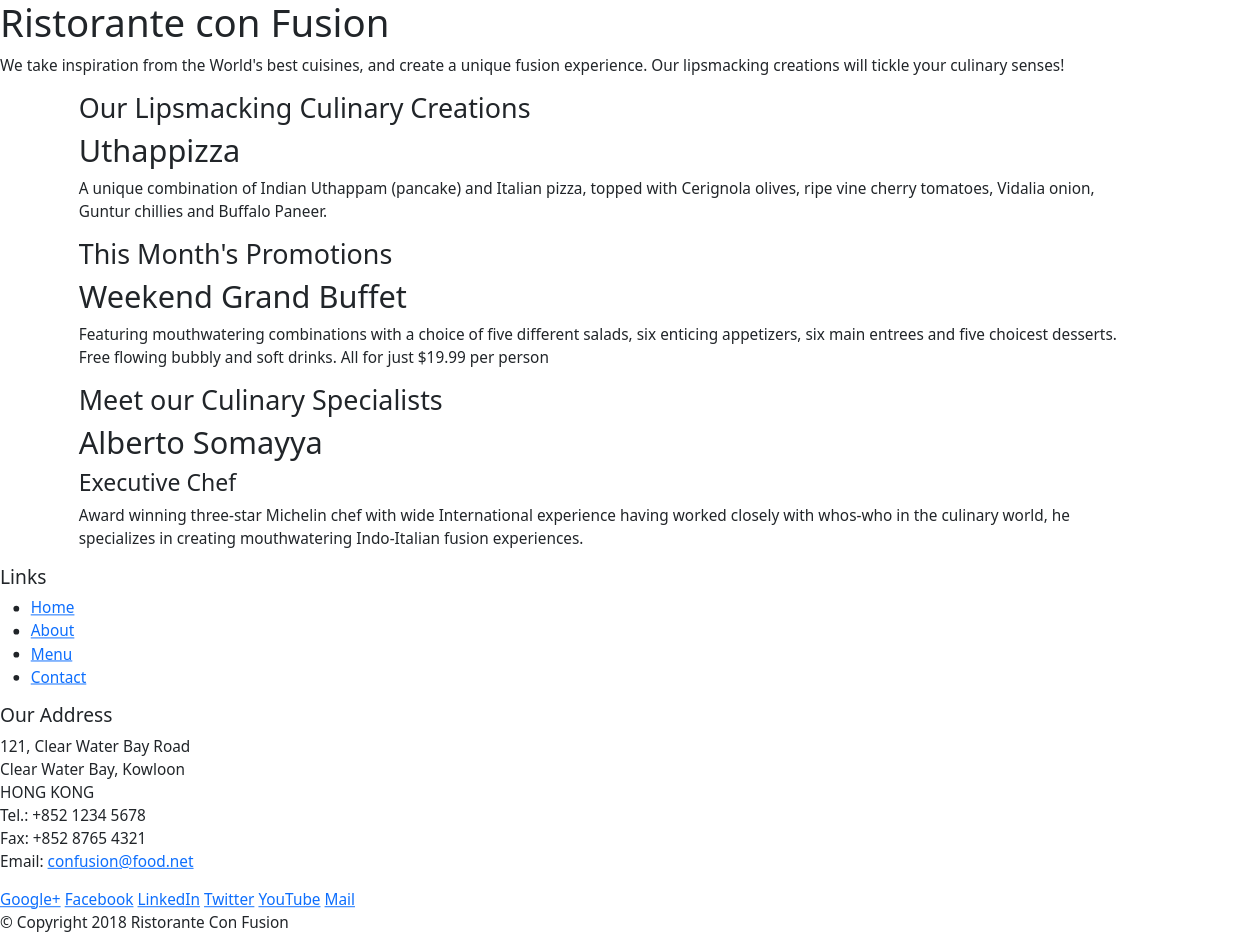
Repository: devjeremyjake/confusion
Page: index.html
The author's editor kept a copy of each file at every save. The page is drawn from the files as they stood at one save, then again after the next save.
The browser window is 1280 px wide. The page is 1292 px wide, then 1280 px, so the pictures cover 1292 px, including what lies to the right of the window. The pictures show the whole page, at 96% of full size.
Some web libraries are served in a nearby version.

Above is the page before, as saved 2020-01-30 14:26:06.

### index.html
<!DOCTYPE html>
<html lang="en">
<head>
    <meta charset="UTF-8">
    <meta name="viewport" content="width=device-width, initial-scale=1.0">
    <meta http-equiv="X-UA-Compatible" content="ie=edge">
    <title>Ristorante Con Fusion</title>
    <link rel="stylesheet" href="node_modules/bootstrap/dist/css/bootstrap.min.css">
</head>

<body>

   <header class="jumbotron">
        <div class="row row-header">
            <div class="row row-header>
                <div class="col-12 col-sm-6">
                    <h1>Ristorante con Fusion</h1>
                    <p>We take inspiration from the World's best cuisines, and create a unique fusion experience. Our lipsmacking creations will tickle your culinary senses!</p>
                </div>
                <div class="col-12 col-sm">
                </div>
            </div>
        </div>
    </header>

    <div class="container">
        <div>
            <div>
                <h3>Our Lipsmacking Culinary Creations</h3>
            </div>
            <div>
                <h2>Uthappizza</h2>
                <p>A unique combination of Indian Uthappam (pancake) and Italian pizza, topped with Cerignola olives, ripe vine cherry tomatoes, Vidalia onion, Guntur chillies and Buffalo Paneer.</p>
            </div>
        </div>


        <div class="row">
            <div>
                <h3>This Month's Promotions</h3>
            </div>
            <div>
                <h2>Weekend Grand Buffet</h2>
                <p>Featuring mouthwatering combinations with a choice of five different salads, six enticing appetizers, six main entrees and five choicest desserts. Free flowing bubbly and soft drinks. All for just $19.99 per person </p>
            </div>
        </div>

        <div>
            <div>
                <h3>Meet our Culinary Specialists</h3>
            </div>
            <div>
                <h2>Alberto Somayya</h2>
                <h4>Executive Chef</h4>
                <p>Award winning three-star Michelin chef with wide International experience having worked closely with whos-who in the culinary world, he specializes in creating mouthwatering Indo-Italian fusion experiences. </p>
            </div>
        </div>
    </div>

    <footer>
        <div>
            <div>
                <div>
                    <h5>Links</h5>
                    <ul>
                        <li><a href="#">Home</a></li>
                        <li><a href="#">About</a></li>
                        <li><a href="#">Menu</a></li>
                        <li><a href="#">Contact</a></li>
                    </ul>
                </div>
                <div>
                    <h5>Our Address</h5>
                    <address>
		              121, Clear Water Bay Road<br>
		              Clear Water Bay, Kowloon<br>
		              HONG KONG<br>
		              Tel.: +852 1234 5678<br>
		              Fax: +852 8765 4321<br>
		              Email: <a href="mailto:confusion@food.net">confusion@food.net</a>
		           </address>
                </div>
                <div>
                    <div>
                        <a href="http://google.com/+">Google+</a>
                        <a href="http://www.facebook.com/profile.php?id=">Facebook</a>
                        <a href="http://www.linkedin.com/in/">LinkedIn</a>
                        <a href="http://twitter.com/">Twitter</a>
                        <a href="http://youtube.com/">YouTube</a>
                        <a href="mailto:">Mail</a>
                    </div>
                </div>
           </div>
           <div>
                <div>
                    <p>© Copyright 2018 Ristorante Con Fusion</p>
                </div>
           </div>
        </div>
    </footer>

    <script src="node_modules/jquery/dist/jquery.slim.min.js"></script>
    <script src="node_modules/popper.js/dist/umd/popper.min.js"></script>
    <script src="node_modules/bootstrap/dist/js/bootstrap.min.js"></script>
</body>

</html>

After the next save:
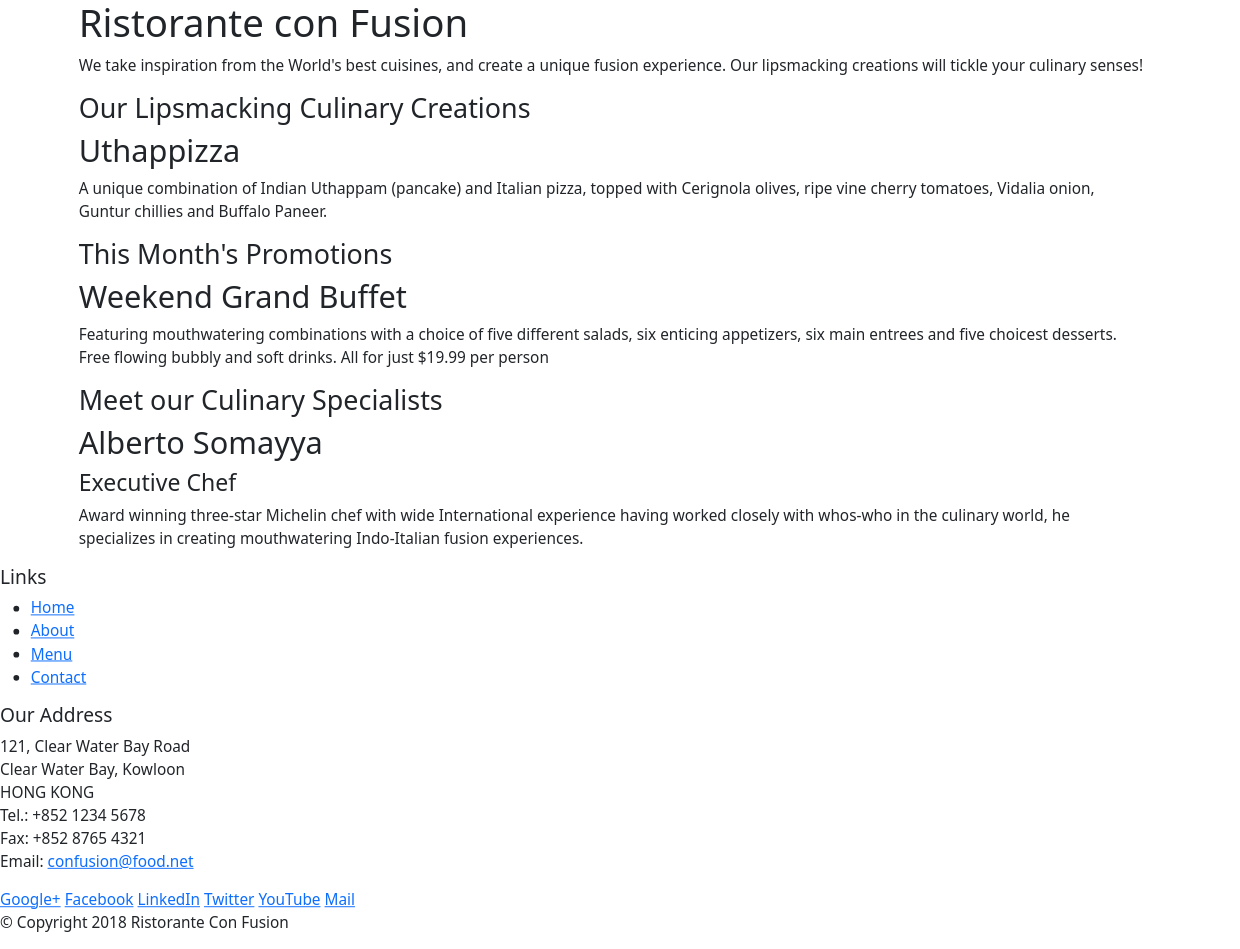
Saved 7 s later.
--- a/index.html
+++ b/index.html
@@ -11,7 +11,7 @@
 <body>
 
    <header class="jumbotron">
-        <div class="row row-header">
+        <div class="container">
             <div class="row row-header>
                 <div class="col-12 col-sm-6">
                     <h1>Ristorante con Fusion</h1>
